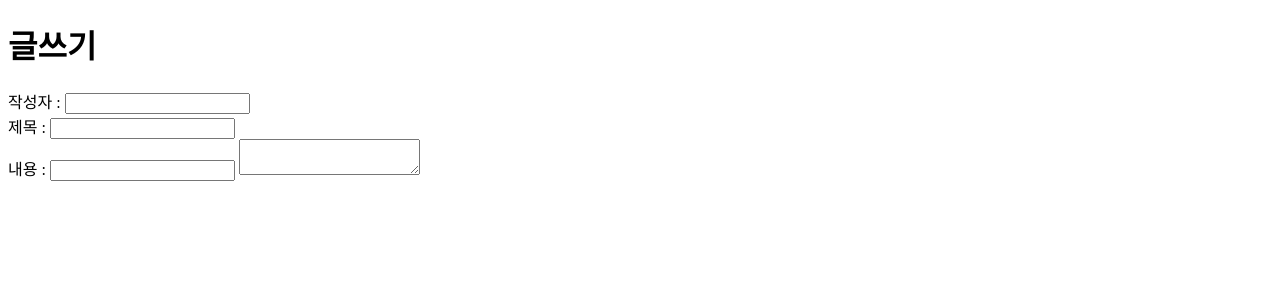
Repository: sanghshlsh/workspace_jsp
Page: http://localhost/Board/insert.jsp
These files come from the project's save history. The page is drawn as it stood at one moment and after the next save; the edit follows.
The browser window is 1280 px wide. The pictures show the whole page.
The page is served by Tomcat 9. Other server files are loaded and not shown.

Above is the page before, as saved 2020-06-05 06:36:43.

### Board/WebContent/insert.jsp
<%@ page language="java" contentType="text/html; charset=UTF-8"
    pageEncoding="UTF-8"%>
<%@ taglib uri="http://java.sun.com/jsp/jstl/core" prefix="c"%>
<%@ taglib uri="http://java.sun.com/jsp/jstl/fmt" prefix="fmt" %>
<%@ taglib uri="http://java.sun.com/jsp/jstl/functions" prefix="fn" %>

<!DOCTYPE html>
<html>
<head>
<meta charset="UTF-8">
<title>Insert title here</title>
</head>
<body>
	<h1> 글쓰기	</h1>
	<form action="write.do">
	작성자 : <input name="writer"><br>
	제목 : <input name="title"><br>
	내용 : <input name="content">
	<textarea rows="" cols=""></textarea>

	</form>



</body>
</html>

After the next save:
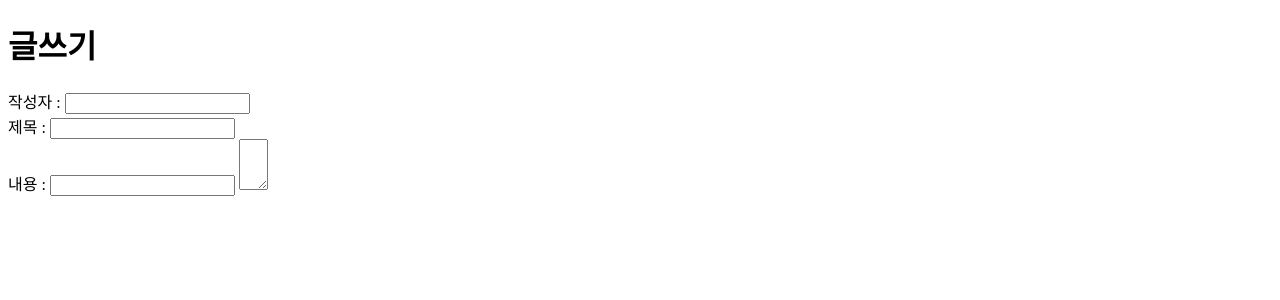
Saved 5 s later.
--- a/Board/WebContent/insert.jsp
+++ b/Board/WebContent/insert.jsp
@@ -16,7 +16,7 @@
 	작성자 : <input name="writer"><br>
 	제목 : <input name="title"><br>
 	내용 : <input name="content">
-	<textarea rows="" cols=""></textarea>
+	<textarea rows="3" cols="1"></textarea>
 
 	</form>
 
